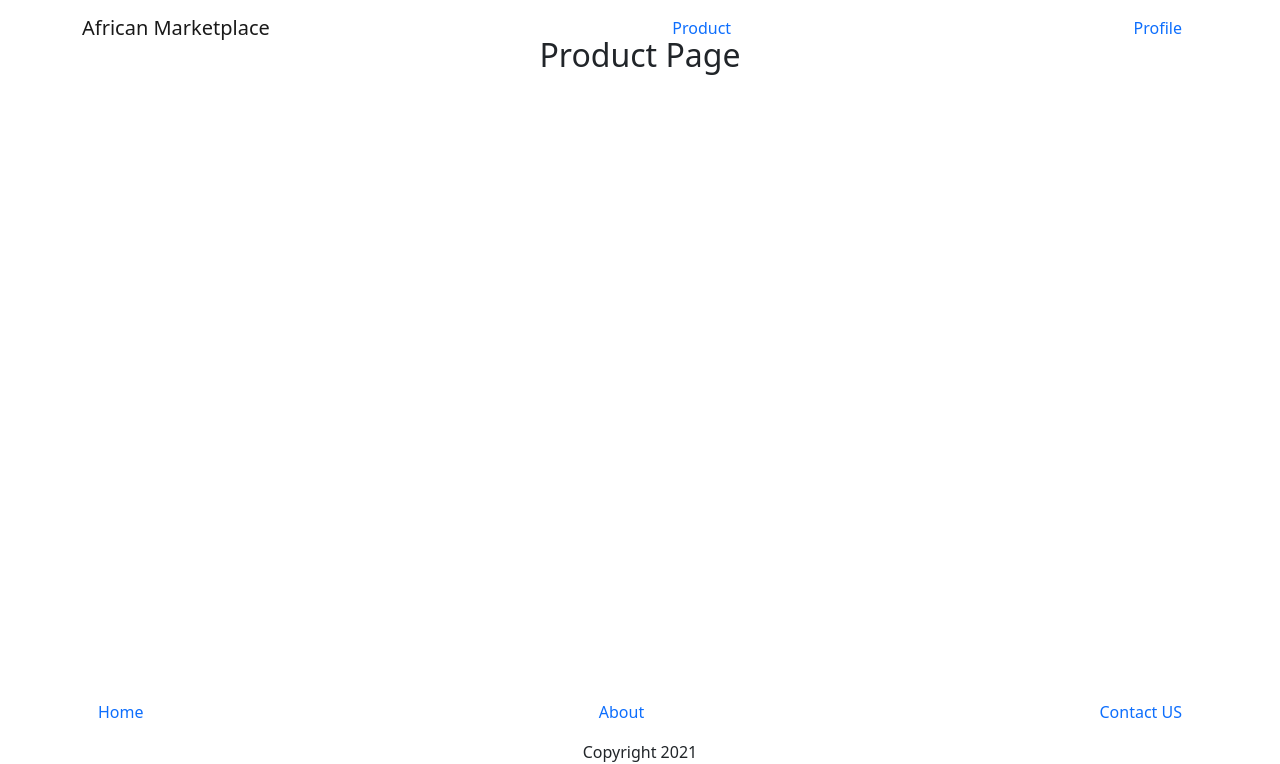
Repository: NelsonMaldonado/AfricanMarketplace
Page: /product (app in african-marketplace/)
The author's editor kept a copy of each file at every save. The page is drawn from the files as they stood at one save, then again after a run of saves.
The browser window is 1280 px wide. The pictures show the whole page.
The project was rebuilt for these pictures with package versions that can differ from the ones it lists, and the page was loaded fresh each time. Also part of the build but not shown: african-marketplace/src/component/form_login.js, african-marketplace/src/page/home.js, african-marketplace/src/component/404.js, african-marketplace/src/page/about.js, african-marketplace/src/page/profile.js, african-marketplace/src/page/contact.js.

Above is the page before, as saved 2021-08-23 08:48:49.

After the next 2 saves:
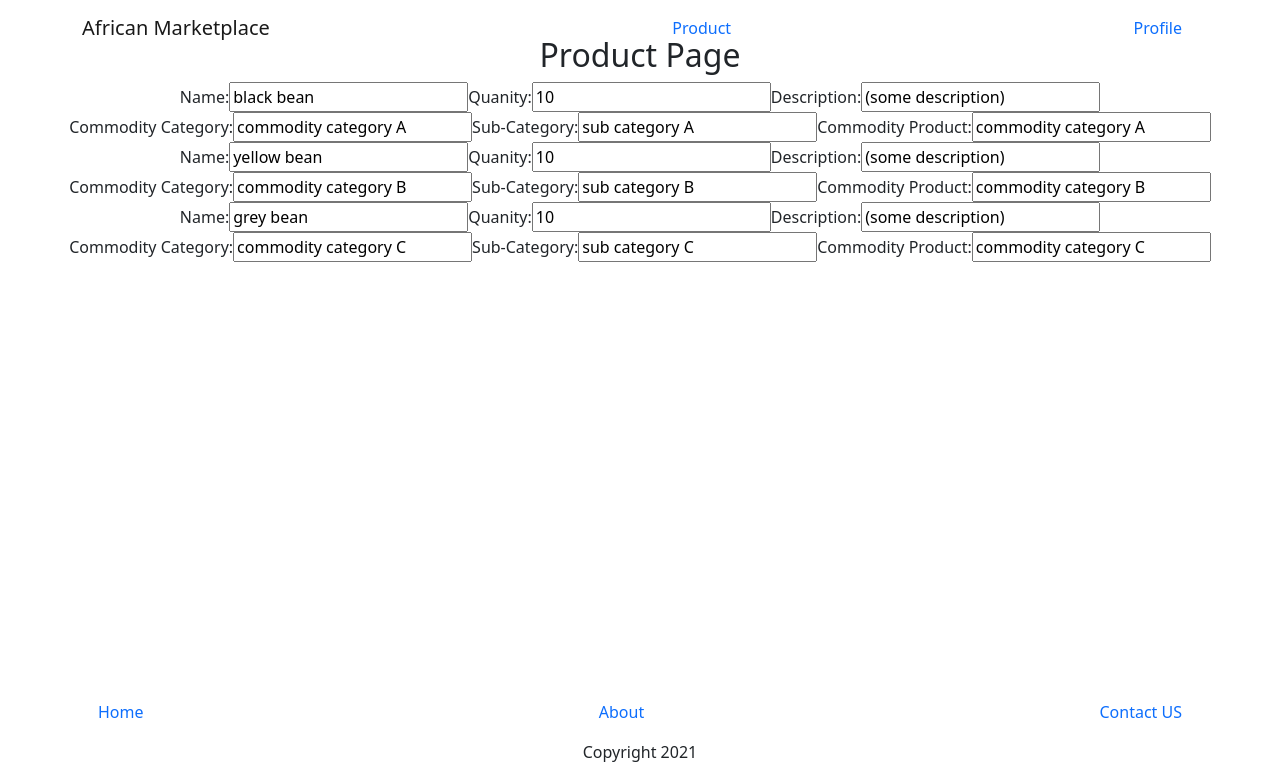
The 2 saves are shown as one change because they came seconds apart.
The last was saved 7 s later.
--- a/african-marketplace/src/page/product.js
+++ b/african-marketplace/src/page/product.js
@@ -5,6 +5,7 @@ export default function ProductPage(props) {
   return (
     <div>
       <h2>Product Page</h2>
+      <Form_Listing_Item />
     </div>
   );
 }
